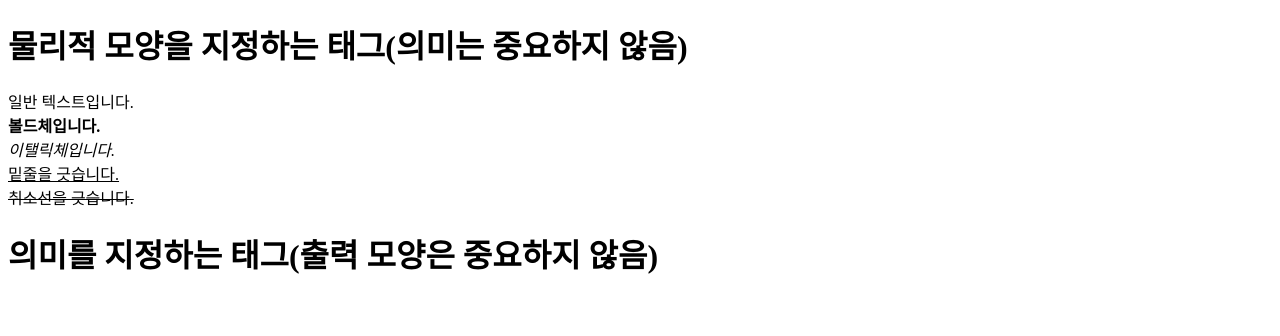
Repository: JeongWoo-Jang/Edu-Backup
Page: 5. HTML & CSS & JS/ClientTest/WebContent/ex09_style.html
The author's editor kept a copy of each file at every save. The page is drawn from the files as they stood at one save, then again after the next save.
The browser window is 1280 px wide. The pictures show the whole page.

Above is the page before, as saved 2020-06-19 00:43:44.

After the next save:
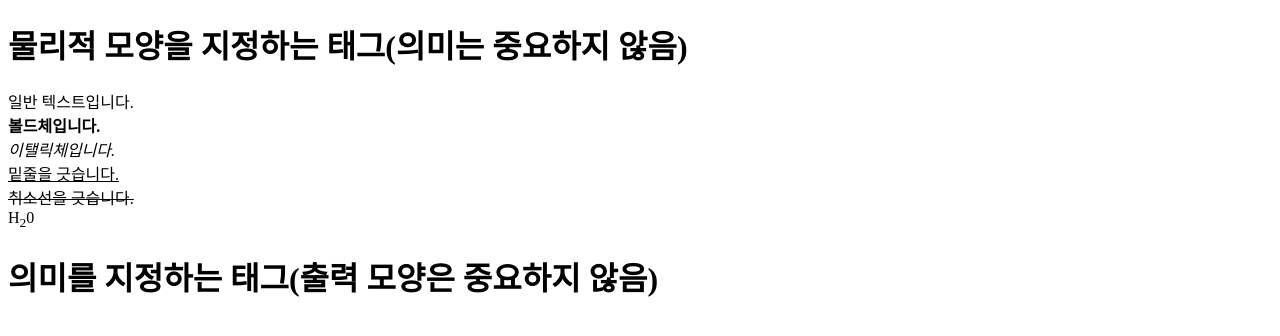
Saved 52 s later.
--- a/5. HTML & CSS & JS/ClientTest/WebContent/ex09_style.html
+++ b/5. HTML & CSS & JS/ClientTest/WebContent/ex09_style.html
@@ -12,6 +12,7 @@
 	<i>이탤릭체입니다.</i><br> <!-- italic -->
 	<u>밑줄을 긋습니다.</u><br> <!-- underline -->
 	<strike>취소선을 긋습니다.</strike><br>
+	H<sub>2</sub>0<br> <!-- 밑첨자 -->
 
 	<h1>의미를 지정하는 태그(출력 모양은 중요하지 않음)</h1>
 
